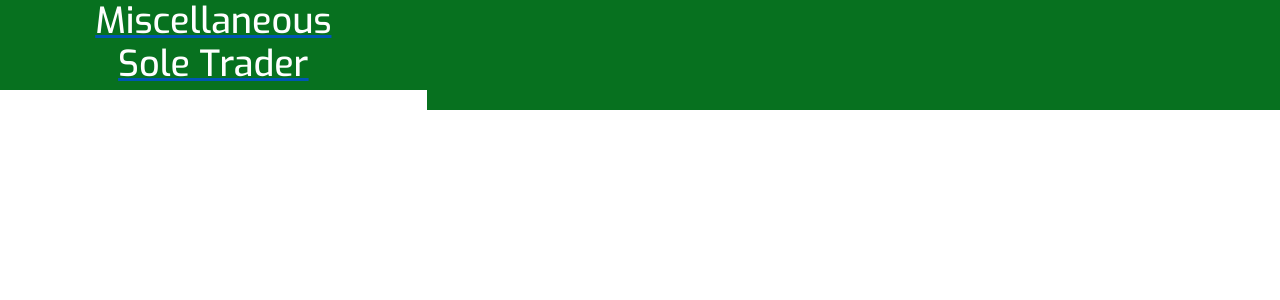
Repository: Code-Institute-Submissions/MilestoneProjectMST
Page: index.html
The author's editor kept a record of every edit. The page is drawn from the files as they stood at one moment, then again after the next edit.
The browser window is 1280 px wide. The pictures show the whole page.
Some web libraries are served in a nearby version.

Above is the page before.

### index.html
<!DOCTYPE html>
<html lang="en">
<head>
    <meta charset="UTF-8">
    <meta name="viewport" content="width=device-width, initial-scale=1.0">
    <meta http-equiv="X-UA-Compatible" content="ie=edge">
    <link rel="stylesheet" href="support/style.css" type="text/css" />
    <link rel="stylesheet" href="https://stackpath.bootstrapcdn.com/bootstrap/4.3.1/css/bootstrap.min.css" type="text/css" />
    <!--<script src="https://kit.fontawesome.com/011e87d520.js"></script>-->
    <script src="https://use.fontawesome.com/cbda1b7ded.js"></script>
    <link rel="stylesheet" href="https://cdnjs.cloudflare.com/ajax/libs/hover.css/2.3.1/css/hover-min.css" type="text/css" />
    <title>MiscSoleTrader</title>
</head>
<body>
    <header>
        <div class="row no-gutters">
            <a href="index.html" class="col-md-4">
                <h1 class="hdr-title-color">Miscellaneous<br> Sole Trader</h1>
            </a>
            <div class="col-md-8">
                <ul id="nav" class="hdr-option-bgcolor list-inline">
                    <li class="list-inline-item col-6 col-sm-4 optionitem">
                        <a href="#" class="hdr-option-color"><span>Product</span></a>
                    </li>
                    <li class="list-inline-item col-6 col-sm-4 optionitem">
                        <a href="#" class="hdr-option-color">About Us</a>
                    </li>
                    <li class="list-inline-item col-6 col-sm-4">
                        <a href="#" class="hdr-option-color">Contact Us</a>
                    </li>
                </ul>
            </div>
        </div>
    </header>
    <section>

    </section>
    <footer>

    </footer>
</body>
</html>

### support/style.css
@import url('https://fonts.googleapis.com/css?family=Roboto:100,200,300,400,500,600,700|Exo:100,200,300,400,500,600,700|Abel:100,200,300,400,500,600,700');

/*--------------------------------------------------------------------------Header--*/

/*----------------------------------------------------Logo--*/
.logo {
    background: url("../images/mstgreen.jpg");
    background-position: center;
    background-repeat: no-repeat;
    background-size: cover;
    min-height: 180px;
    transition: all .5s ease-in-out;
    -moz-transition: all .5s ease-in-out;
    -webkit-transition: all .5s ease-in-out;
    -o-transition: all .5s ease-in-out;
}

/*--------------------------------------------------Title--*/

.hdr-title-color {
    font-family: "Exo",sans-serif;
    font-size: 36px;
    color: #fff;
    background-color: #07711f;
    text-align:center;
    width: 100%;
    min-height: 90px;
}

.hdr-option-color {
    color: #fff;
}

.hdr-option-bgcolor {
    background-color: #07711f;
    text-align: center;
    font-size: 0;
}

.optionitem {
    min-height: 90px;
    padding 0;
    margin-top: 20px;
}

After the next edit:
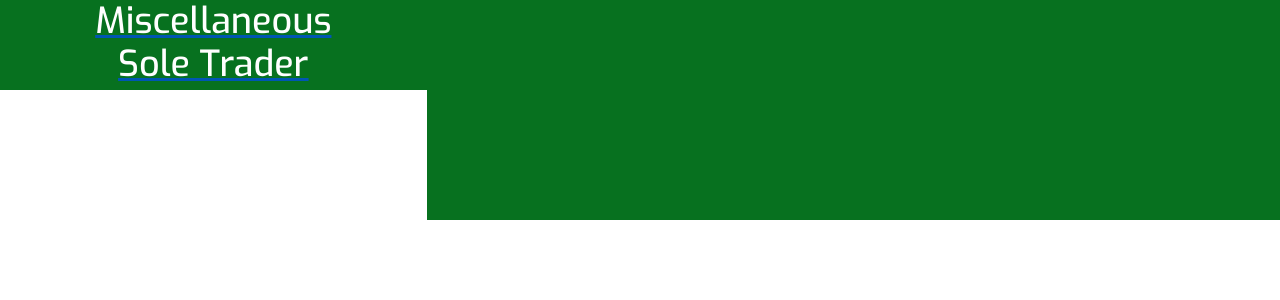
The edit:
--- a/index.html
+++ b/index.html
@@ -25,7 +25,7 @@
                     <li class="list-inline-item col-6 col-sm-4 optionitem">
                         <a href="#" class="hdr-option-color">About Us</a>
                     </li>
-                    <li class="list-inline-item col-6 col-sm-4">
+                    <li class="list-inline-item col-6 col-sm-4 optionitem">
                         <a href="#" class="hdr-option-color">Contact Us</a>
                     </li>
                 </ul>
